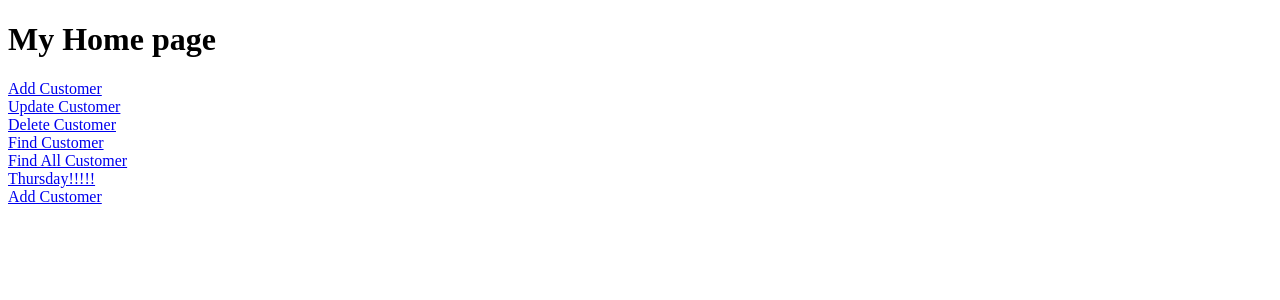
Repository: dan-10/Deloitte
Page: DeloitteTrainig/SpringMVCDemo/WebContent/Index.html
The author's editor kept a copy of each file at every save. The page is drawn from the files as they stood at one save, then again after the next save.
The browser window is 1280 px wide. The pictures show the whole page.

Above is the page before, as saved 2019-08-02 03:19:42.

### DeloitteTrainig/SpringMVCDemo/WebContent/Index.html
<!DOCTYPE html>
<html>
<head>
<meta charset="ISO-8859-1">
<title>Insert title here</title>
</head>
<body>
<h1>My Home page</h1>
<a href = "Add.do" target = "_blank">Add Customer</a><br>
<a href = "Update.do" target = "_blank">Update Customer</a><br>
<a href = "Delete.do" target = "_blank">Delete Customer</a><br>
<a href = "Find.do" target = "_blank">Find Customer</a><br>
<a href = "FindAll.do" target = "_blank">Find All Customer</a><br>
<a href = "doSome.do" target = "_blank">Thursday!!!!!</a><br>
<a href = "customer.html" target = "_blank">Add Customer</a>

</body>
</html>

After the next save:
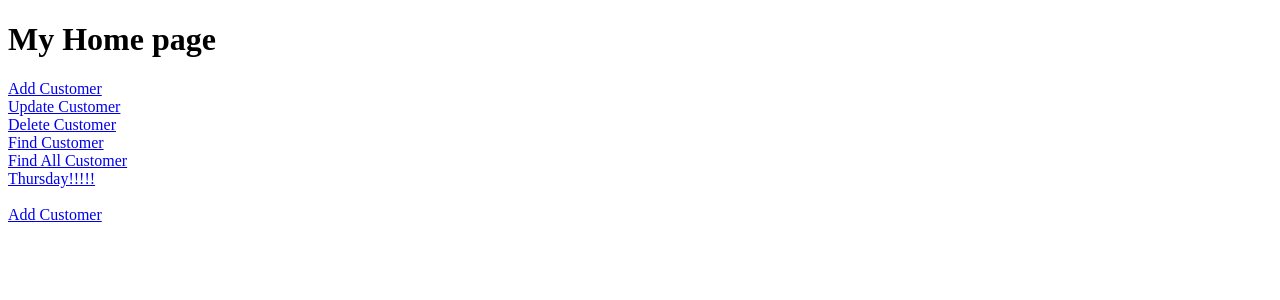
Saved 3 min 23 s later.
--- a/DeloitteTrainig/SpringMVCDemo/WebContent/Index.html
+++ b/DeloitteTrainig/SpringMVCDemo/WebContent/Index.html
@@ -11,7 +11,7 @@
 <a href = "Delete.do" target = "_blank">Delete Customer</a><br>
 <a href = "Find.do" target = "_blank">Find Customer</a><br>
 <a href = "FindAll.do" target = "_blank">Find All Customer</a><br>
-<a href = "doSome.do" target = "_blank">Thursday!!!!!</a><br>
+<a href = "doSome.do" target = "_blank">Thursday!!!!!</a><br><br>
 <a href = "customer.html" target = "_blank">Add Customer</a>
 
 </body>
